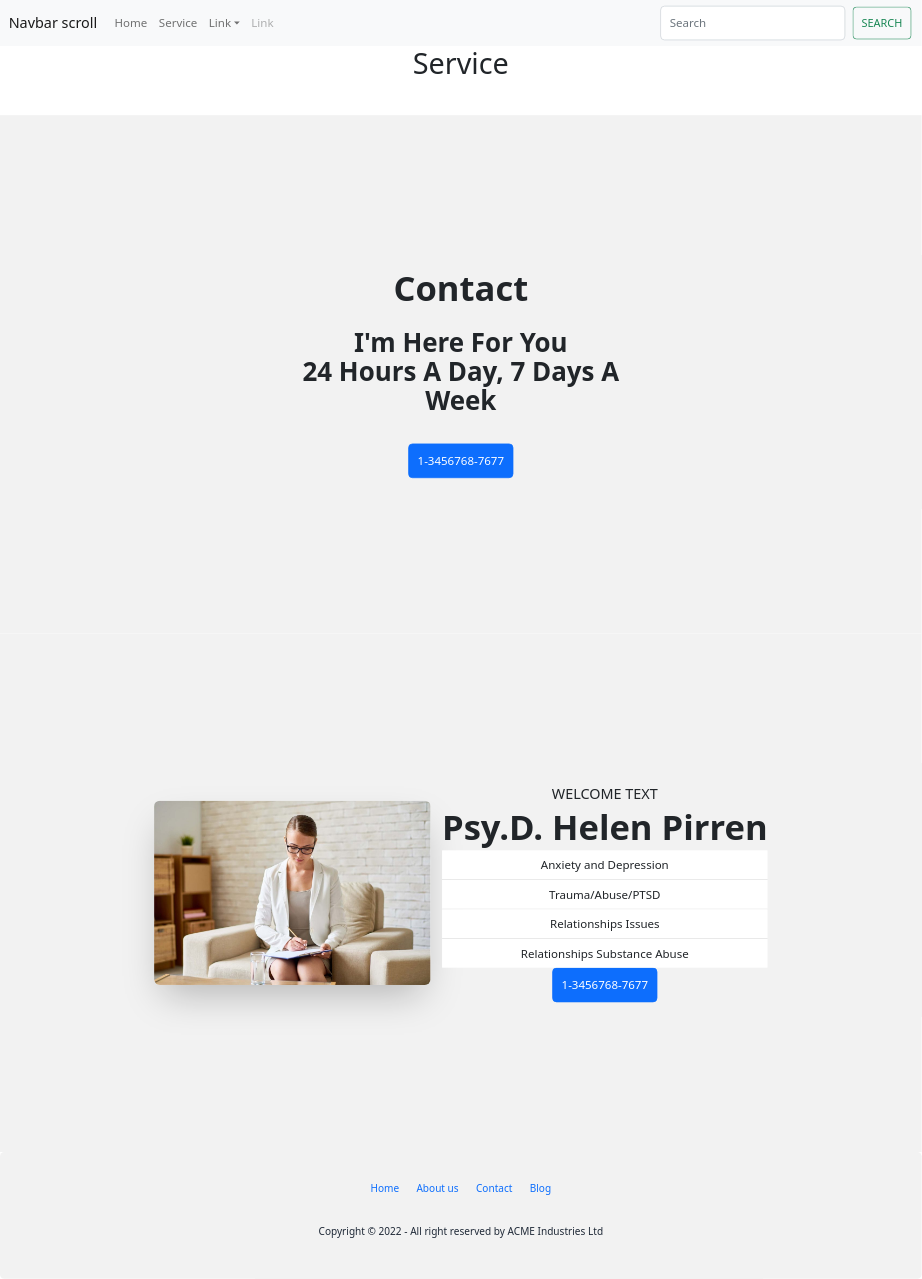
Repository: mdsajib50/service-review-client
Page: /
An editor plug-in stored every save of this project. The page is shown before and after the next save, followed by the edit.
The browser window is 1280 px wide. The pictures show the whole page, at 72% of full size.
The page's requests for data from a server got no answer. The project was rebuilt for these pictures with package versions that can differ from the ones it lists, and the page was loaded fresh each time. No one was signed in, and anything a server would have sent is missing. Also part of the build but not shown: src/Pages/Home/Services/ServiceCard.js.

Above is the page before, as saved 2022-12-25 12:51:46.

After the next save:
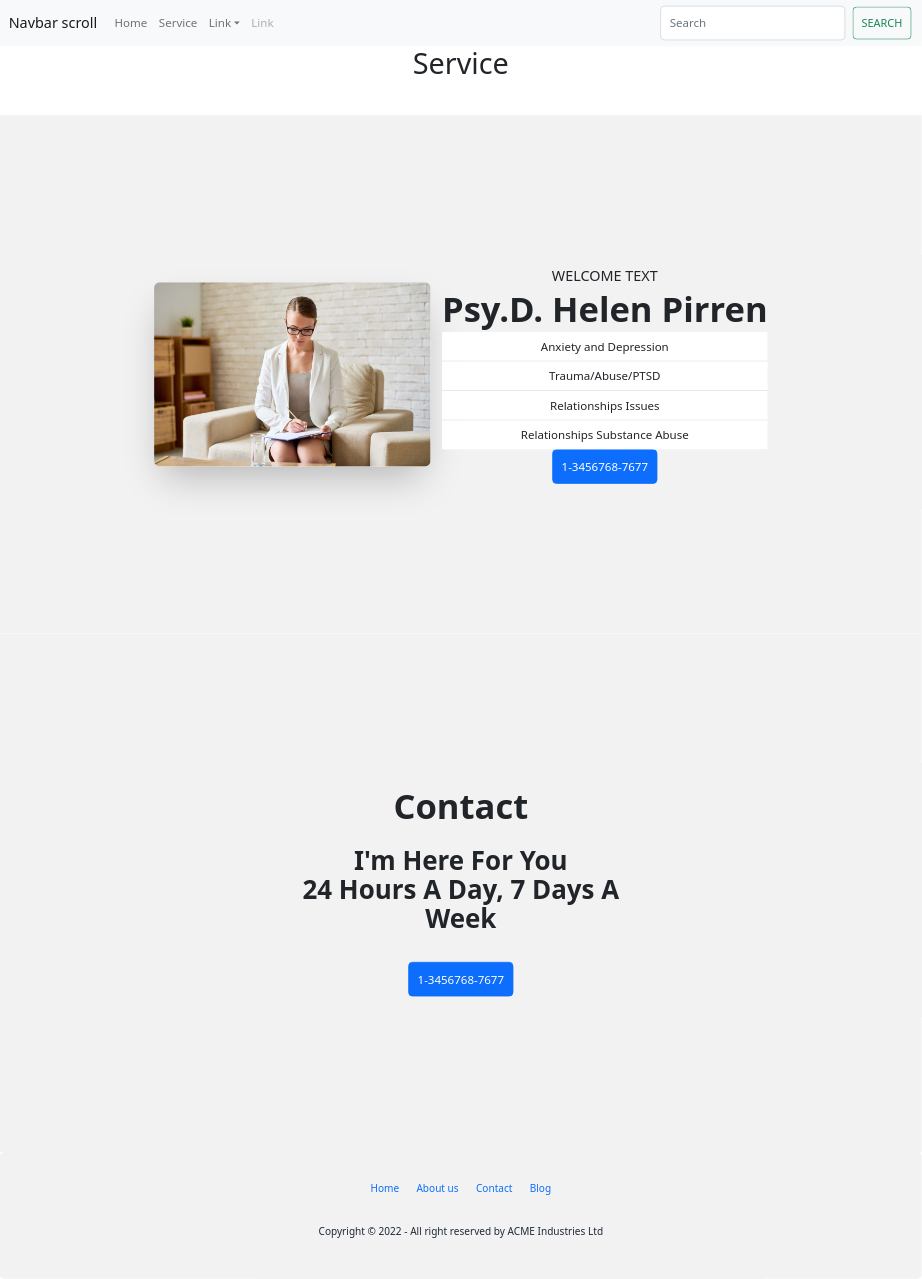
Saved 39 s later.
--- a/src/Pages/Home/Home/Home.js
+++ b/src/Pages/Home/Home/Home.js
@@ -7,8 +7,8 @@ const Home = () => {
         <div>
 
            <Services></Services>
+           <About></About>
            <Contact></Contact>
-           <About></About>
         </div>
     );
 };
